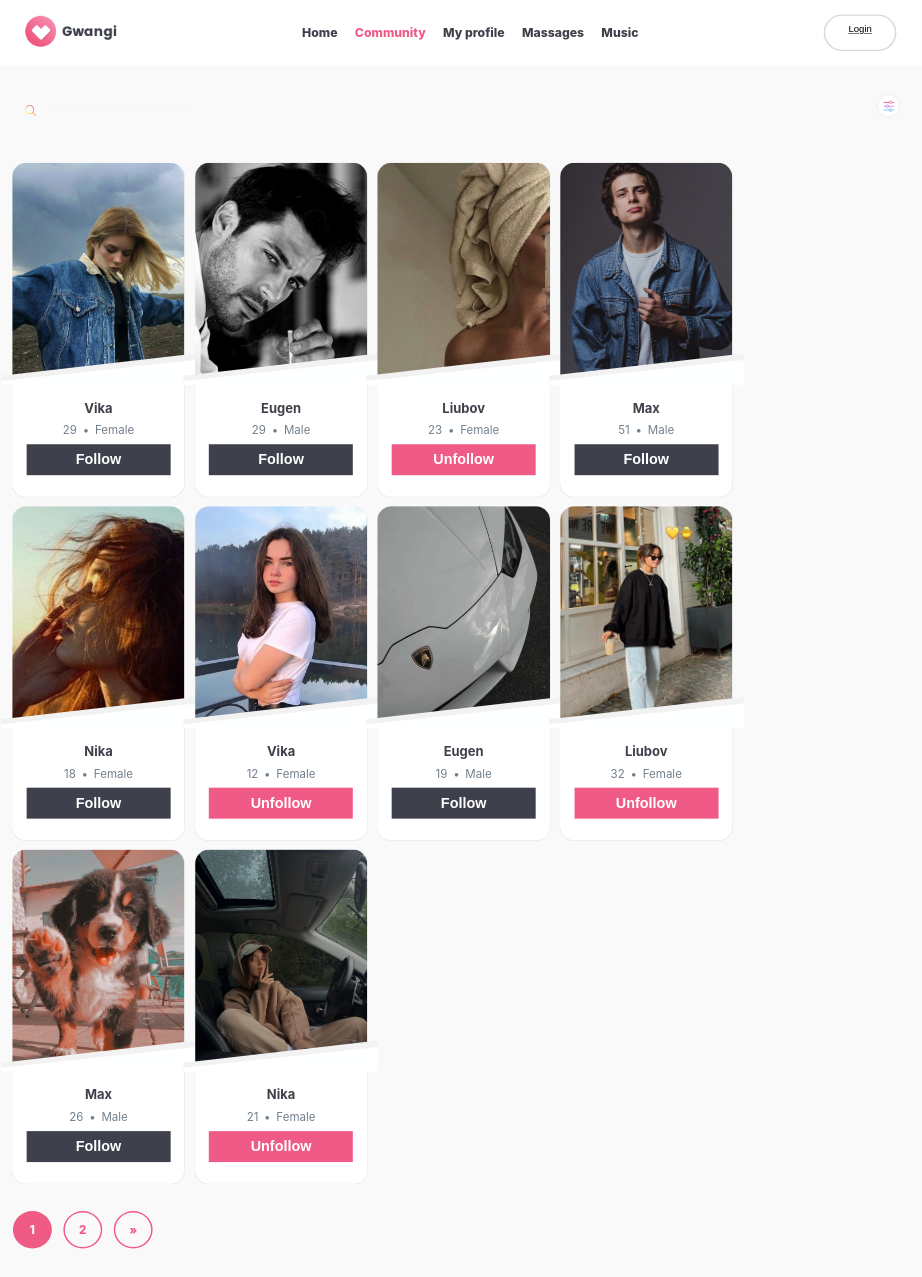
Repository: ShokunLiubov/Soc-Network-React
Page: /community
These files come from the project's save history. The page is drawn as it stood at one moment and after the next save; the edit follows.
The browser window is 1280 px wide. The pictures show the whole page, at 72% of full size.
The project was rebuilt for these pictures with package versions that can differ from the ones it lists, and the page was loaded fresh each time. Requests to the local data server were answered from the project's data file. Also part of the build but not shown: src/components/Dialogs/Dialogs.module.css, src/components/Dialogs/DialogItem/DialogItem.jsx, src/components/Dialogs/Massage/Massage.jsx, src/components/Dialogs/Dialogs.jsx, src/components/Home/Home.jsx, src/components/Music/Music.jsx, src/components/Profile/Profile_body/MyPosts/MyPosts.module.css, src/components/Profile/Profile_body/MyPosts/Post/Post.jsx and 7 more.

Above is the page before, as saved 2022-08-24 16:46:07.

After the next save:
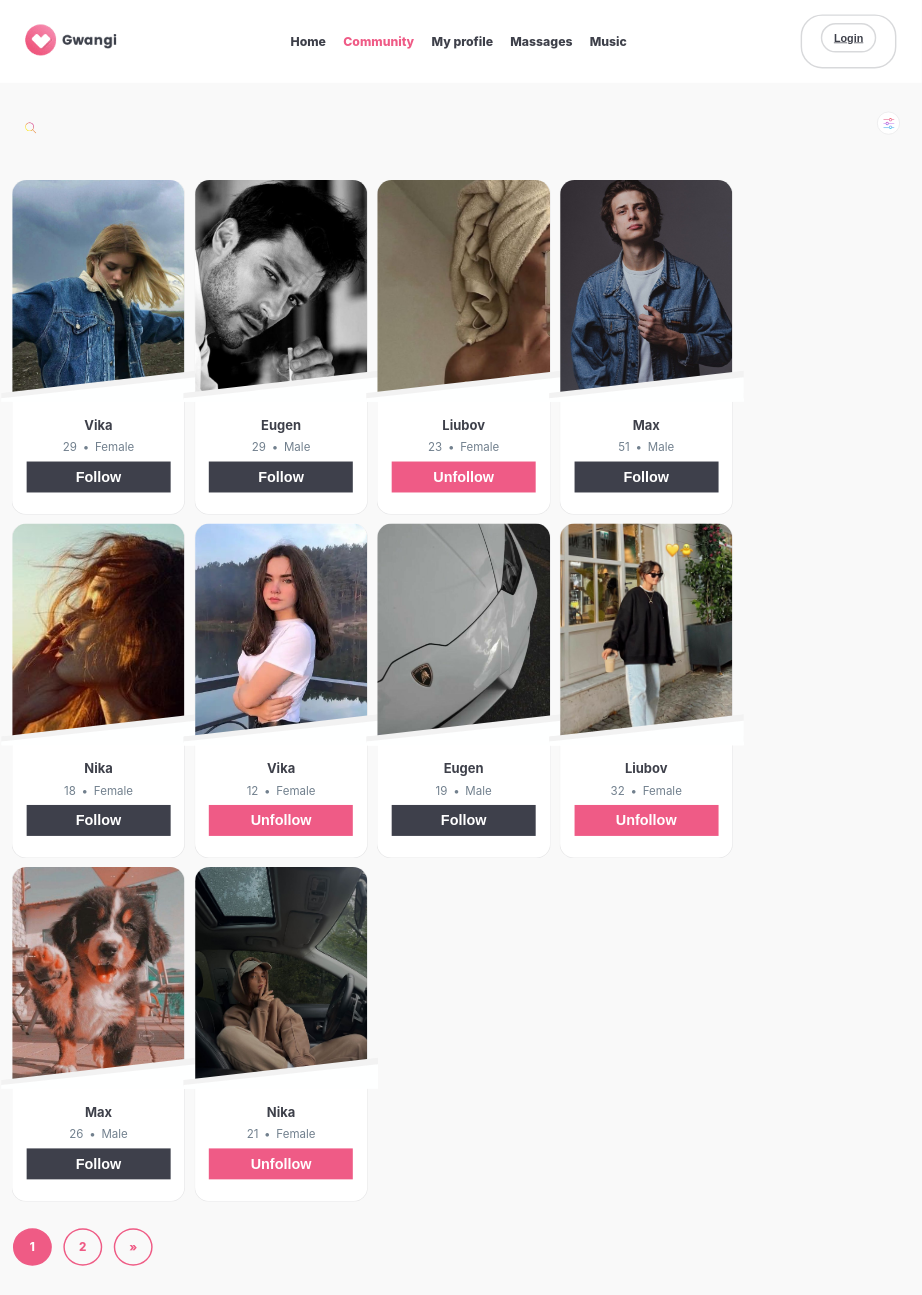
Saved 8 s later.
--- a/src/components/Navbar/Navbar.jsx
+++ b/src/components/Navbar/Navbar.jsx
@@ -24,7 +24,7 @@ const Navbar = () => {
                 </div>
             </nav>
             <NavLink to='/login' className={styles.login}>
-            <button >Login</button>
+            <button className='button'>Login</button>
             </NavLink>
 
         </div>

After the save that followed:
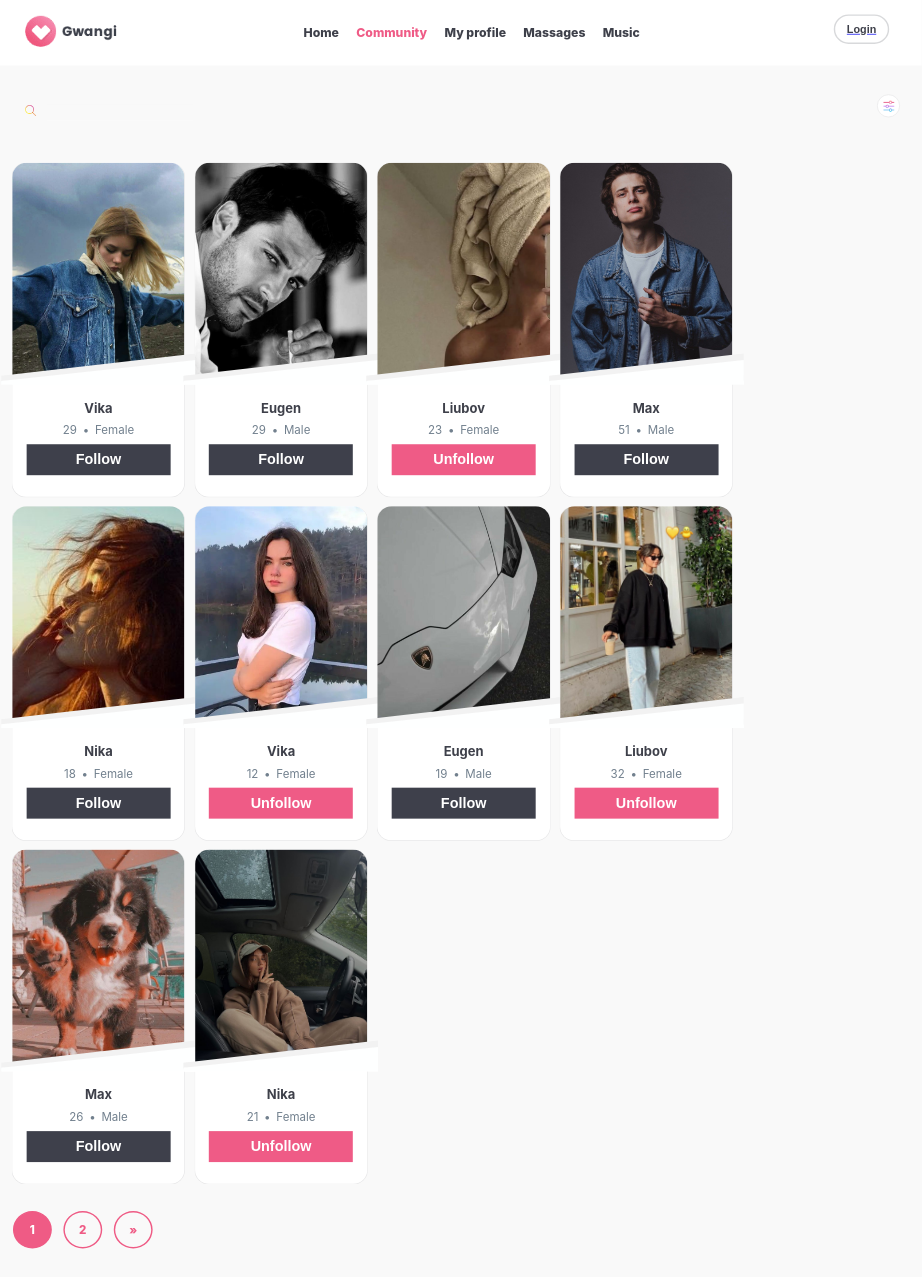
Saved 19 s later.
--- a/src/components/Navbar/Navbar.module.css
+++ b/src/components/Navbar/Navbar.module.css
@@ -28,12 +28,13 @@
 }
 
 .login {
-    background-color: #ffffff;
+
+    /* background-color: #ffffff;
     border: 2px solid #d8d9db;
     border-radius: 30px;
     padding: 10px 16px;
     font-size: 15px;
     color: #3e404a;
     font-weight: 800;
-    cursor: pointer;
+    cursor: pointer; */
 }
